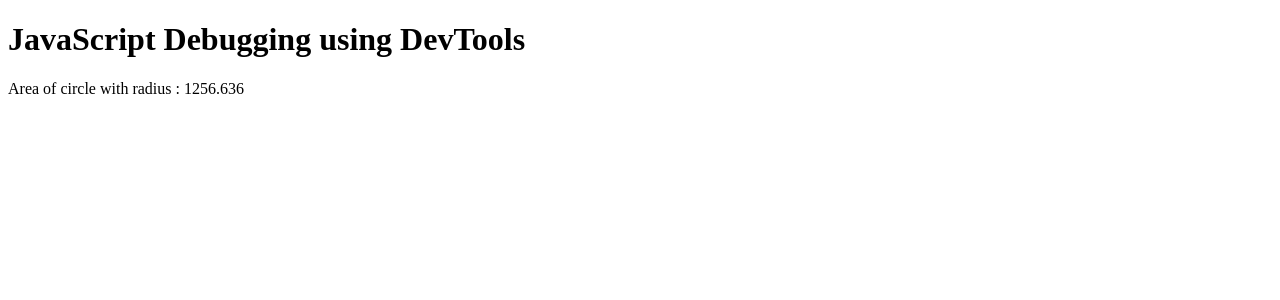
Repository: NoblesNigeria/wdd131
Page: week02/debugging.html
An editor plug-in stored every save of this project. The page is shown before and after the next save, followed by the edit.
The browser window is 1280 px wide. The pictures show the whole page.

Above is the page before, as saved 2025-11-03 17:58:39.

After the next save:
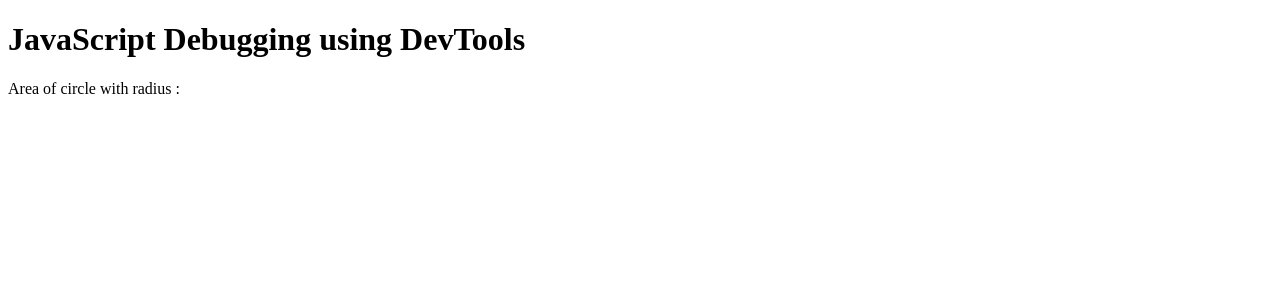
Console error: TypeError: Cannot set properties of null (setting 'textContent')
Saved 6 s later.
--- a/week02/scripts/debugging.js
+++ b/week02/scripts/debugging.js
@@ -1,4 +1,4 @@
-const radiusOutput = document.querySelectorAll('radius');
+const radiusOutput = document.querySelector('radius');
 const areaOutput = document.querySelector('#area');
 
 let area = 0;

After the save that followed:
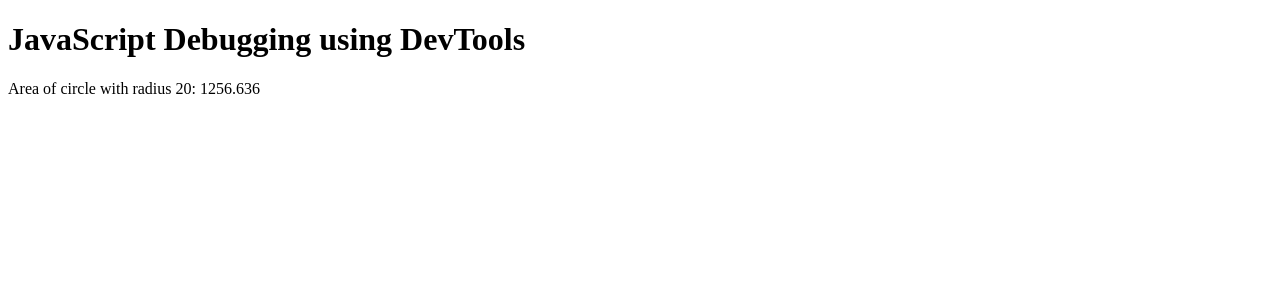
The error is gone.
Saved 4 s later.
--- a/week02/scripts/debugging.js
+++ b/week02/scripts/debugging.js
@@ -1,4 +1,4 @@
-const radiusOutput = document.querySelector('radius');
+const radiusOutput = document.querySelector('#radius');
 const areaOutput = document.querySelector('#area');
 
 let area = 0;
